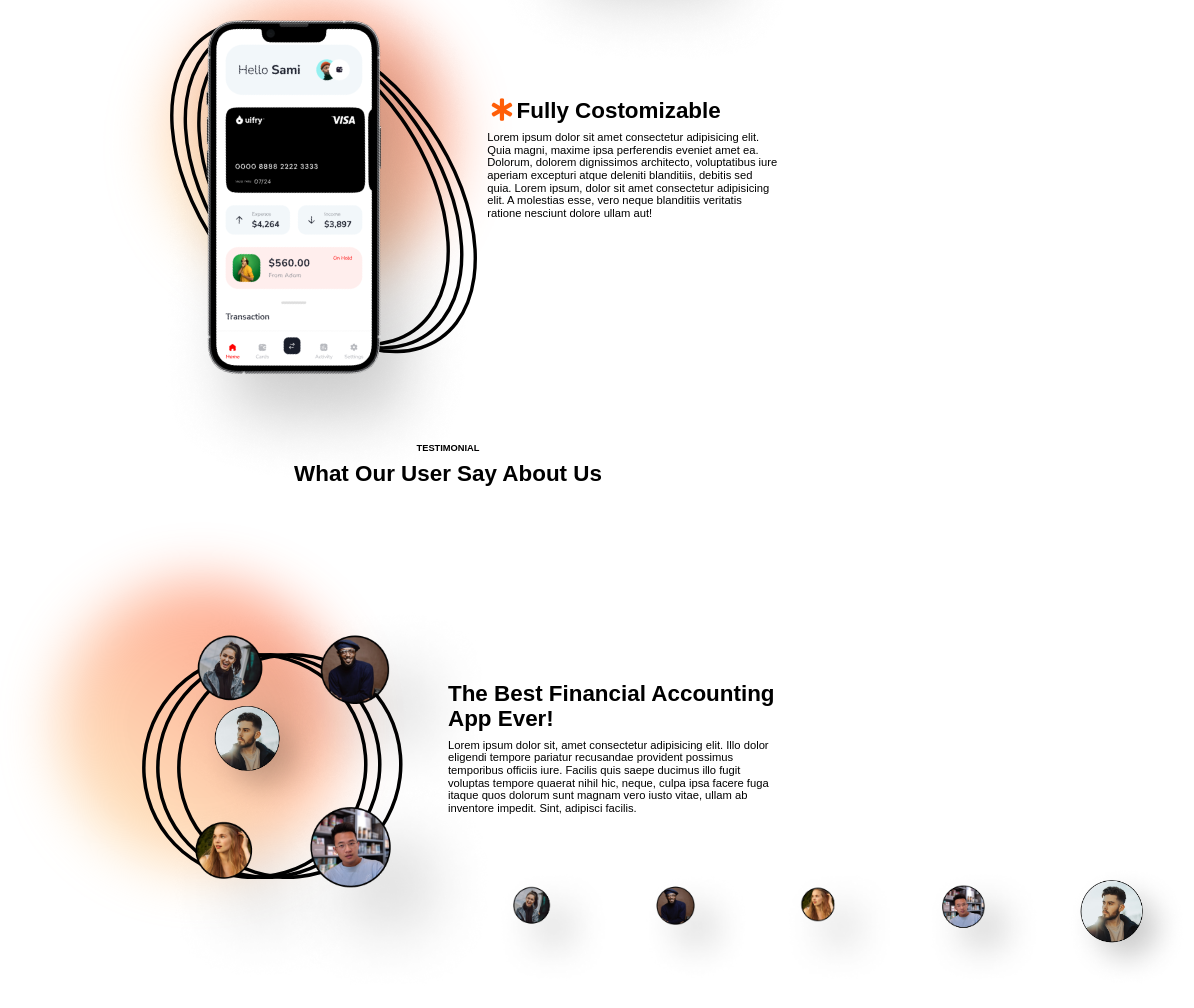
Repository: sakshambansal7/Uifry
Page: index.html
These files come from the project's save history. The page is drawn as it stood at one moment and after the next save; the edit follows.
The browser window is 1280 px wide. The page is 1705 px wide, then 1685 px, so the pictures cover 1705 px, including what lies to the right of the window. The pictures show the part of the page from y = 1994 to 3434 px (the page is 3434 px tall), at 70% of full size.
Some web libraries are served in a nearby version.

Above is the page before, as saved 2024-06-12 22:23:39.

### index.html
<!DOCTYPE html>
<html lang="en">
  <head>
    <meta charset="UTF-8" />
    <meta name="viewport" content="width=device-width, initial-scale=1.0" />
    <title>uifry.com</title>
    <link rel="stylesheet" href="style.css" />
    <link rel="stylesheet" href="https://cdnjs.cloudflare.com/ajax/libs/font-awesome/6.1.1/css/all.min.css">

  </head>
  <body>
    <nav class="navbar">
      <div>
        <img class="logo" src="./images/logo.png" alt="img" />
      </div>
      <div class="nav">
        <div><a href="#" class="nav__link active">Home </a></div>
        <div><a href="#" class="nav__link">About Us</a></div>
        <div><a href="#" class="nav__link">Pricing</a></div>
        <div><a href="#" class="nav__link">features</a></div>
      </div>
      <div class="download">
        <button class="button">Download</button>
      </div>
    </nav>
    <div class="part1 ">
      <div class="left">
        <div class="bg-shape1"></div>
        <h1>Make The Best Financial Decisions</h1>
        <div class="bg-shape1 position-1"></div> <!-- Duplicate for top and bottom -->
        <p>Lorem ipsum dolor sit amet consectetur, adipisicing elit. Fuga dolorem esse natus repellat modi, mollitia voluptates est.</p>
        <div class="cta-buttons">
          <button class="get-started-btn">Get Started <i class="fa-solid fa-arrow-right"></i></button>
          <button class="watch-video-btn"> <i class="fa-solid fa-circle-play"></i>Watch Video</button>
        </div>
      </div>

      <div class="right">
        <div class="bg-shape2"></div>
        <div class="elipse-common elipse"></div>
        <div class="elipse-common elipse1"></div>
        <div class="elipse-common elipse2"></div>

        <img class="image1" src="./images/iphone.png" alt="Mobile App Mockup" />
        <img class="image2" src="./images/igraph.png" alt="Mobile App Mockup" />
        <img class="image3" src="./images/iphone.png" alt="Mobile App Mockup" />
      </div>

    </div>
    <div class="part2">
      <div class="left">
        <div class="bg-shape2"></div>
        <div class="elipse-common elipse3"></div>
        <div class="elipse-common elipse4"></div>
        <div class="elipse-common elipse5"></div>

        <img class="image1" src="./images/iphone.png" alt="Mobile App Mockup" />

      </div>
      <div class="right">
        <h4>FEATURES</h4>
        <H1>Uifry Premium</H1>
        <h3><i class="fa-regular fa-star custom-color"></i> Budgeting intervals</h3>
        <p>Lorem ipsum dolor sit amet consectetur, adipisicing elit. Fuga dolorem esse natus repellat modi, mollitia voluptates est.</p>
        <h3> <i class="fa-solid fa-gear custom-color"></i> Budgeting intervals</h3>
        <p>Lorem ipsum dolor sit amet consectetur, adipisicing elit. Fuga dolorem esse natus repellat modi, mollitia voluptates est.</p>
        <h3><i class="fa-solid fa-star-of-life custom-color"></i>Budgeting intervals</h3>
        <p>Lorem ipsum dolor sit amet consectetur, adipisicing elit. Fuga dolorem esse natus repellat modi, mollitia voluptates est.</p>

      </div>
    </div>
    <div class="part3">
      <div class="left">
        <h4>ADVANTAGES</h4>
        <H1> Why Choose Uifry ?</H1>
        <h3><i class="fa-solid fa-bell custom-color"></i>Clever notificAations</h3>
        <p>Lorem ipsum dolor sit amet consectetur, adipisicing elit. Fuga dolorem esse natus repellat modi, mollitia voluptates est. Lorem ipsum dolor sit amet consectetur adipisicing elit. Perspiciatis expedita accusantium obcaecati dicta debitis optio quibusdam animi assumenda sit commodi?</p>

      </div>
      <div class="right">
        <div class="bg-shape2"></div>
        <div class="elipse-common elipse3"></div>
        <div class="elipse-common elipse4"></div>
        <div class="elipse-common elipse5"></div>
        <img src="./images/igraph.png" alt="img">
      </div>
    </div>
    <div class="part4">
      <div class="left">
        <div class="bg-shape2"></div>
        <div class="elipse-common elipse3"></div>
        <div class="elipse-common elipse4"></div>
        <div class="elipse-common elipse5"></div>
        <img src="./images/iphone.png" alt="img">
      </div>
      <div class="right">
        <h1><i class="fa-solid fa-star-of-life custom-color "></i>Fully Costomizable</h1>
        <p>Lorem ipsum dolor sit amet consectetur adipisicing elit. Quia magni, maxime ipsa perferendis eveniet amet ea. Dolorum, dolorem dignissimos architecto, voluptatibus iure aperiam excepturi atque deleniti blanditiis, debitis sed quia. Lorem ipsum, dolor sit amet consectetur adipisicing elit. A molestias esse, vero neque blanditiis veritatis ratione nesciunt dolore ullam aut!</p>
      </div>
    </div>
    <div class="parent-container">
      <h5>TESTIMONIAL</h5>
      <h1>What Our User Say About Us</h1>
  </div>

    <div class="part5">
      <div class="left">
        <div class="bg-shape2"></div>
        <div class="elipse-common elipse6"></div>
        <div class="elipse-common elipse7"></div>
        <div class="elipse-common elipse8"></div>

        <div class="img1 "><img src="./images/1.png" alt="img"></div>
        <div class="img2 "><img src="./images/2.png" alt="img"></div>
        <div class="img3 "><img src="./images/3.png" alt="img"></div>
        <div class="img4 "><img src="./images/4.png" alt="img"></div>
        <div class="main "><img src="./images/main.png" alt="img"></div>

      </div>
      <div class="right">
        <h1>The Best Financial Accounting App Ever!</h1>
        <p>Lorem ipsum dolor sit, amet consectetur adipisicing elit. Illo dolor eligendi tempore pariatur recusandae provident possimus temporibus officiis iure. Facilis quis saepe ducimus illo fugit voluptas tempore quaerat nihil hic, neque, culpa ipsa facere fuga itaque quos dolorum sunt magnam vero iusto vitae, ullam ab inventore impedit. Sint, adipisci facilis.</p>

       <div class="images">
        <div class="" ><img src="./images/1.png" alt="img"></div>
       <div class=""><img src="./images/2.png" alt="img"></div>
       <div class=""><img src="./images/3.png" alt="img"></div>
       <div class=""><img src="./images/4.png" alt="img"></div>
       <div class=""><img src="./images/main.png" alt="img"></div>
      </div>

      </div>
    </div>
  </body>
  <script src="script.js"></script>
</html>

### style.css

*{
    margin: 0px;
    padding: 5px;

}
body {
  margin-left: 20vh;
  margin-right: 20vh;
  font-family: Arial, sans-serif;
  background: #fff;
  color: #000000;
  justify-content: center;
  box-sizing: border-box;
}

  /* navbar */
.logo {
  width: 120px;
}


.navbar{
  display: flex;
  justify-content: flex-start;

}
.nav{
  padding-top: 10px;
  display: flex;
  justify-content: center;

}
nav  {
  display: inline;
}

nav a {
  text-decoration: none;
  color: #333;
  font-weight: bold;
}


.button {
  width: 160px;
  height: 40px;
  border-radius: 3px;
  background-color: #000000;
  color: #fff;
  padding: 10px 20px;
  cursor: pointer;
  border: none;
  font-weight: bold;
  margin-left: 40vh;
}
.download{

  padding-top: 10px;
}


.nav__link {
    display: block;
    padding: .3125rem 1.5rem;
    text-transform: uppercase;
  }

  .nav__link.active  {

    color: #FF5E08;
  }

  /* part-1 */

  .part1 {
    height: 85vh;
    display: inline-flex;
        justify-content: space-between;
        top: 50px !important;
        inset: 0;


    padding: 60px 40px;
}

/* .absolute{
  position: absolute;
  inset: 0;
  justify-content: center;
  display: inline-flex;
  flex-direction: row;
} */
.left {
  max-width: 50%;
}

.part1 h1 {
  font-size: 3em;
  margin: 0 0 20px;
}

.part1 p {
  font-size: 1.2em;
  margin: 0 0 40px;
}

.cta-buttons {
  display: flex;
  gap: 20px;
}

.get-started-btn,
.watch-video-btn {
  background: #000;
  color: #fff;
  padding: 15px 30px;
  border: none;
  cursor: pointer;
  font-size: 1em;
  font-weight: bold;
}

.watch-video-btn {
  color: #000000;

  background: transparent;
}

.right {
  max-width: 50%;
  position: relative; /* Add position relative to use as a reference for absolute positioning */
}

.right .image1{

  position: absolute;
  z-index: 3;
  width: 100%;
  padding-left: 0px;



}
.right .image2 {
  position: absolute;
  padding-top: 50px;
  padding-left: 100px;


  z-index: 2;
  max-width: 100%;
}
.right .image3 {


  padding-top: 100px;
  padding-left: 200px;
  z-index: 1;
  max-width: 100%;
}
/* background-effect */


.justify-center{
  justify-content: center;
}

/* background-effect */
.left {
  max-width: 50%;
  position: relative; /* Add this line */
}

.bg-shape1 {
  width: 400px;
  height: 400px;
  border-radius: 9999px;
  position: absolute; /* Change to absolute for proper positioning */
  top: 0px; /* Positioning adjustments */
  left: 50%; /* Positioning adjustments */
  transform: translateX(-50%); /* Center the shape horizontally */
  z-index: -1; /* Ensure it's behind the text */
  background: linear-gradient(35deg,  #FDE598,#ff3508); /* Dual color gradient */
  opacity: 0.5; /* Adjust as necessary */
  filter: blur(40px);

}

.bg-shape2 {
  width: 400px;
  height: 400px;
  border-radius: 9999px;
  position: absolute; /* Change to absolute for proper positioning */
  top: 50px; /* Positioning adjustments */
  left: 50%; /* Positioning adjustments */
  transform: translateX(-50%); /* Center the shape horizontally */
  z-index: -1; /* Ensure it's behind the text */
  background: linear-gradient(35deg,  #FDE598,#ff3508); /* Dual color gradient */
  opacity: 0.5; /* Adjust as necessary */
  filter: blur(40px);

}

  /* circular shape */

  .elipse-common {

    background: none;
    border-radius: 50%;
    -ms-transform: rotate(40deg);  /* IE 9 */
    -webkit-transform: rotate(40deg);  /* Safari */
    transform: rotate(40deg);
    position: absolute;
    top: 150px;
    border: 5px solid black;
    z-index: -1; /* Ensure it's behind the text */
}

.elipse {
  width: 700px;
  height: 305px;
    left: 45px;

}

.elipse1 {
  width: 700px;
  height: 305px;
    left: 25px;
}

.elipse2 {
  width: 700px;
  height: 305px;
    left: 5px;
}
.elipse3 {
  width: 500px;
  height: 305px;
    left: 45px;

}

.elipse4 {
  width: 500px;
  height: 305px;
    left: 25px;
}

.elipse5 {
  width: 500px;
  height: 305px;
    left: 5px;
}


.part2{
  display: flex;
  height: 85vh;
}

  .part2 .left .image1{
    transform: rotate(15deg);
  }

  .part2 .right{
    margin-top: 20vh;

  }
  .part2 .right h3 h1{
    font-weight: 900; /* 400 is normal, 700 is bold */
  }
  .part2 .right h4{
    color: #FF5E08;
  }
  .custom-color {
    color: #FF5E08;
}

.part3{
  display: flex;
  align-items: center;
  justify-content: center;
  height: 80vh;



}
.part3 .left h4{
  color: #FF5E08;

}
.part3 .left p{
 font-weight: 100;

}
.part3 .right img{
  transform: rotate(15deg);

}


.part4{
  gap: 5vh;
  display: flex;
  align-items: center;
  justify-content: center;
  height: 80vh;

}


.part4  .left{
  transform: rotate(15deg);


}
.part4 .right{
  padding-bottom: 30vh;
}



.elipse6 {
  width: 300px;
  height: 305px;
    left: 65px;



}

.elipse7 {
  width: 300px;
  height: 305px;
    left: 45px;
}

.elipse8 {
  width: 300px;
  height: 305px;
    left: 95px;
}

.parent-container {
  text-align: center;
}

.part5{
  margin-top: 10vh;
  display: flex;
  gap: 30vh;
  position: relative;


}


.part5  img {
  position: relative;
  top: 50px;
  left: 50px;
}
.part5  .img1{
  position: absolute;
  top: 1vh;
  left: .1h;
  z-index: 4;



}
.part5  .img2{
  position: absolute;
  top: 1vh;
  left: 25vh;
  z-index: 5;

}
.part5  .img3{
  position: absolute;
  top: 38vh;
  left: .1vh;
  z-index: 3;


}
.part5  .img4{
  position: absolute;
  top: 35vh;
  left: 23vh;
  z-index: 2;


}
.part5 .main {
  position: relative;
  top: 19vh;
  left: 8vh;
  z-index: 1;

}

/* Adjust the size of the image within the .main div */
.part5 .main img {
  width: 80%; /* Decrease the width to 50% of its original size */
  height: auto; /* Maintain aspect ratio */
}


.part5 .right{
  margin-top:25vh ;
}



.images{
  display: flex;
  flex-direction: row;
  gap:5px;
}
.images img{
  width: 25vh;
  height: 25vh;
}

### script.js
document.addEventListener('DOMContentLoaded', function() {
    const selector = '.nav__link';
    const elems = Array.from( document.querySelectorAll( selector ) );
    const navigation = document.querySelector( 'nav' );

    function makeActive( evt ) {
      const target = evt.target;

      if ( !target || !target.matches( selector ) ) {
        return;
      }

      elems.forEach( elem => elem.classList.remove( 'active' ) );

        evt.target.classList.add( 'active' );
    };

    navigation.addEventListener( 'mousedown', makeActive );

    } );

After the next save:
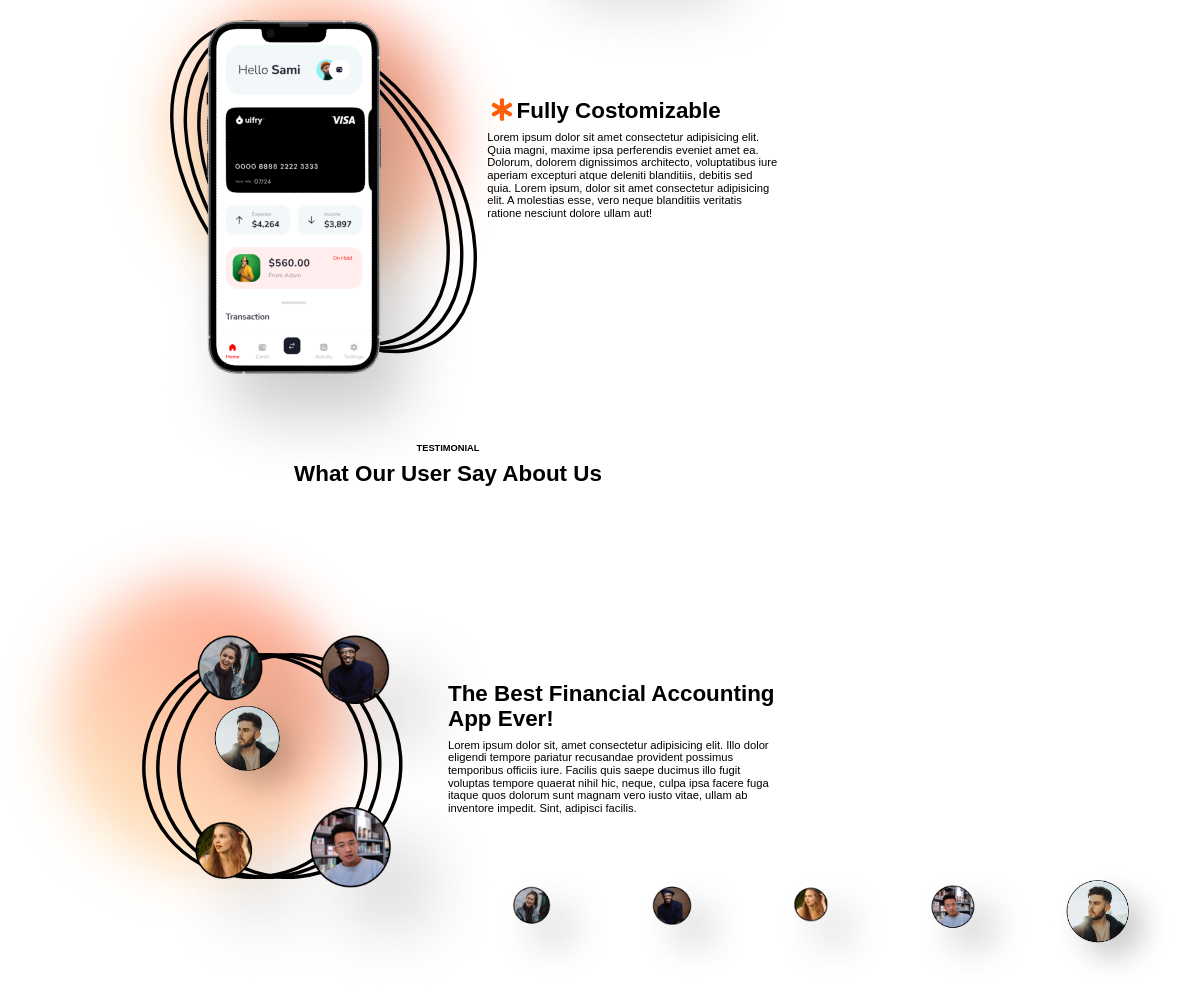
Saved 11 s later.
--- a/style.css
+++ b/style.css
@@ -418,7 +418,7 @@ nav a {
 .images{
   display: flex;
   flex-direction: row;
-  gap:5px;
+
 }
 .images img{
   width: 25vh;
